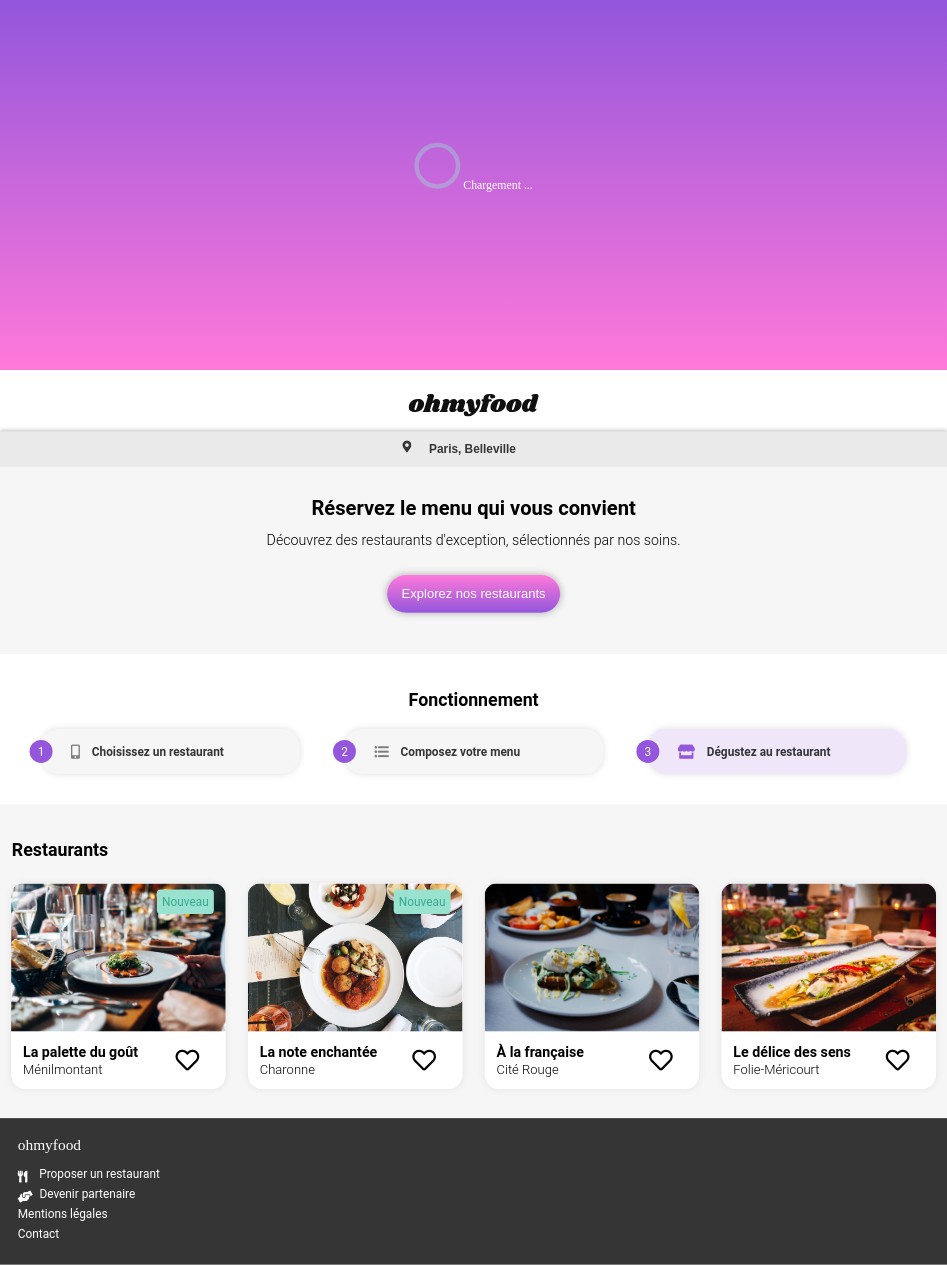
Repository: AlexisTisserand/AlexisTisserand_3_24112020
Page: index.html
The author's editor kept a copy of each file at every save. The page is drawn from the files as they stood at one save, then again after the next save.
The browser window is 1280 px wide. The pictures show the whole page, at 74% of full size.
Some web libraries are served in a nearby version. The style sheet was rebuilt from its Sass, Less or Tailwind sources for each picture, by a compiler version that may differ from the author's.

Above is the page before, as saved 2020-12-09 15:08:34.

After the next save:
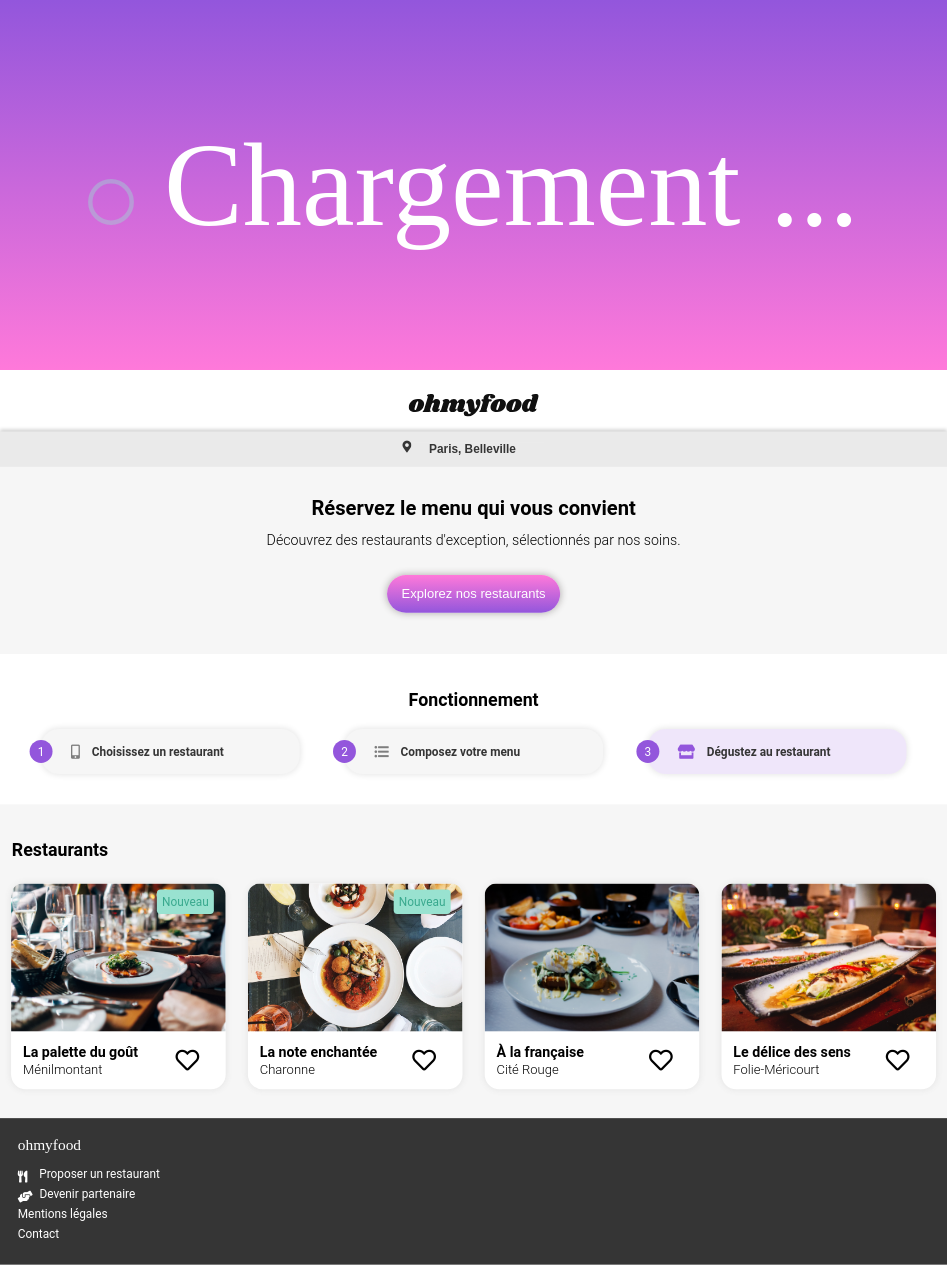
Saved 19 s later.
--- a/sass/style.scss
+++ b/sass/style.scss
@@ -47,6 +47,7 @@ $size: 1rem;
     line-height: 500px;
     text-align: center;
     color: white;
+    font-size: 10rem;
     font-family: 'Shrikhand';
 }
 
